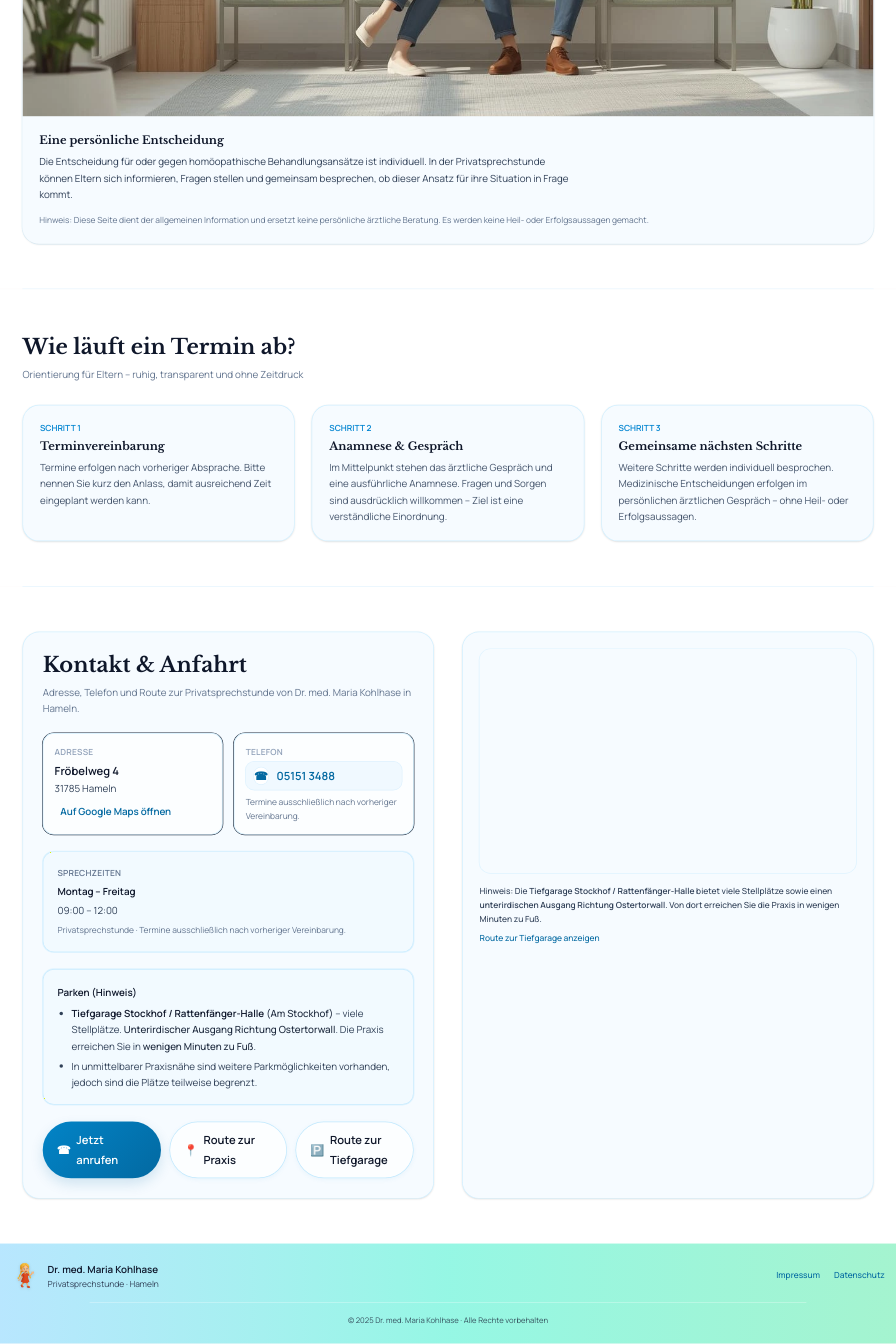
Repository: NikolajMalisch/kinderartz-web
Page: maria-kohlhase.html
These files come from the project's save history. The page is drawn as it stood at one moment and after a run of saves; the edit follows.
The browser window is 1280 px wide. The pictures show the part of the page from y = 2415 to 4335 px (the page is 4335 px tall before and 4116 px after), at 70% of full size.
Pictures or frames that could not be fetched are drawn as grey boxes.

Above is the page before, as saved 2025-12-16 21:02:15.

After the next 2 saves:
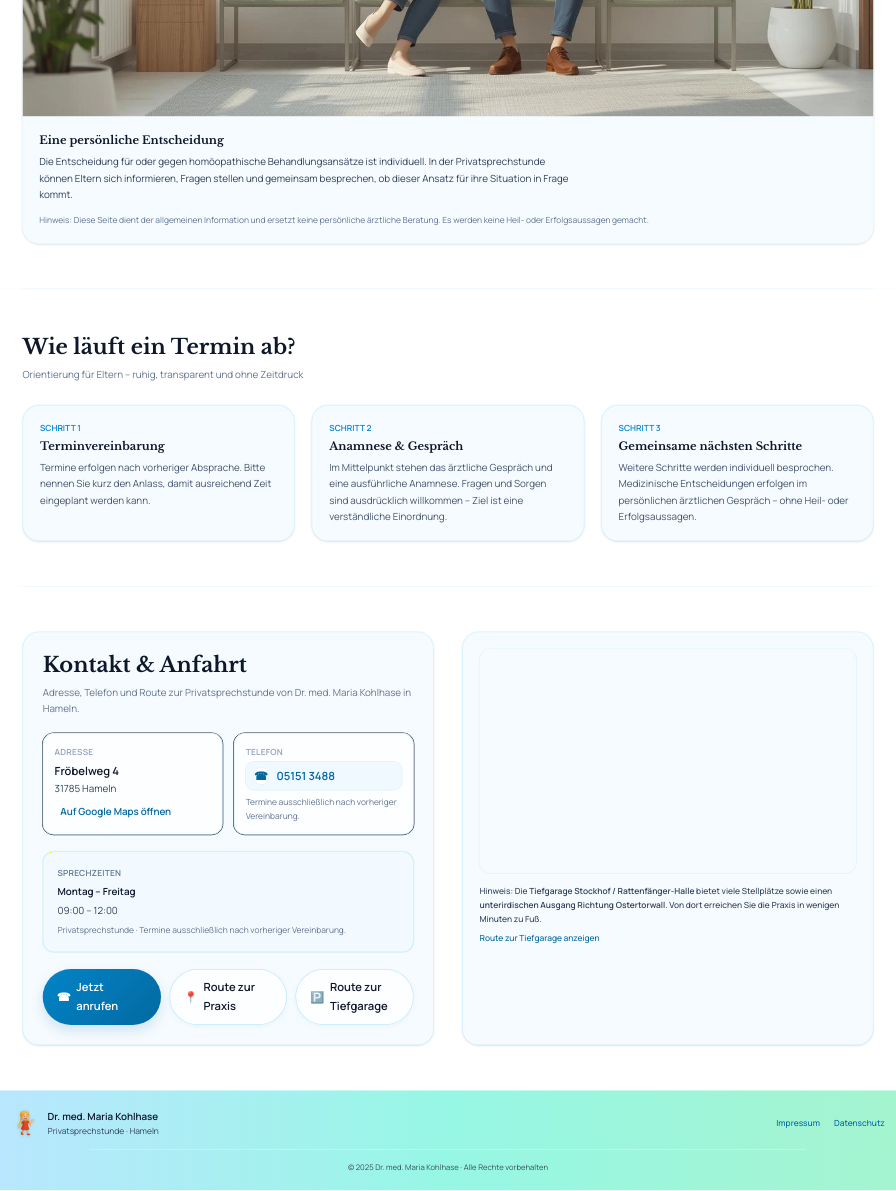
The 2 saves are shown as one change because they came seconds apart.
The last was saved 98 s later.
--- a/maria-kohlhase.html
+++ b/maria-kohlhase.html
@@ -448,23 +448,6 @@
           </p>
         </div>
 
-        <!-- Parken -->
-        <div class="mt-6 panel-inner p-4 sm:p-5 text-sm">
-          <p class="text-sm font-semibold text-slate-900">Parken (Hinweis)</p>
-
-          <ul class="mt-2 list-disc pl-5 space-y-1.5 text-slate-700">
-            <li>
-              <strong class="text-slate-900">Tiefgarage Stockhof / Rattenfänger-Halle</strong>
-              <span class="font-medium text-slate-800">(Am Stockhof)</span> – viele Stellplätze.
-              <span class="font-medium text-slate-800">Unterirdischer Ausgang Richtung Ostertorwall</span>.
-              Die Praxis erreichen Sie in <span class="font-medium text-slate-800">wenigen Minuten zu Fuß</span>.
-            </li>
-            <li>
-              In unmittelbarer Praxisnähe sind weitere Parkmöglichkeiten vorhanden,
-              jedoch sind die Plätze teilweise begrenzt.
-            </li>
-          </ul>
-        </div>
 
         <!-- Buttons: premium + gleiche Breite -->
         <div class="mt-6 grid gap-3 sm:grid-cols-3">
